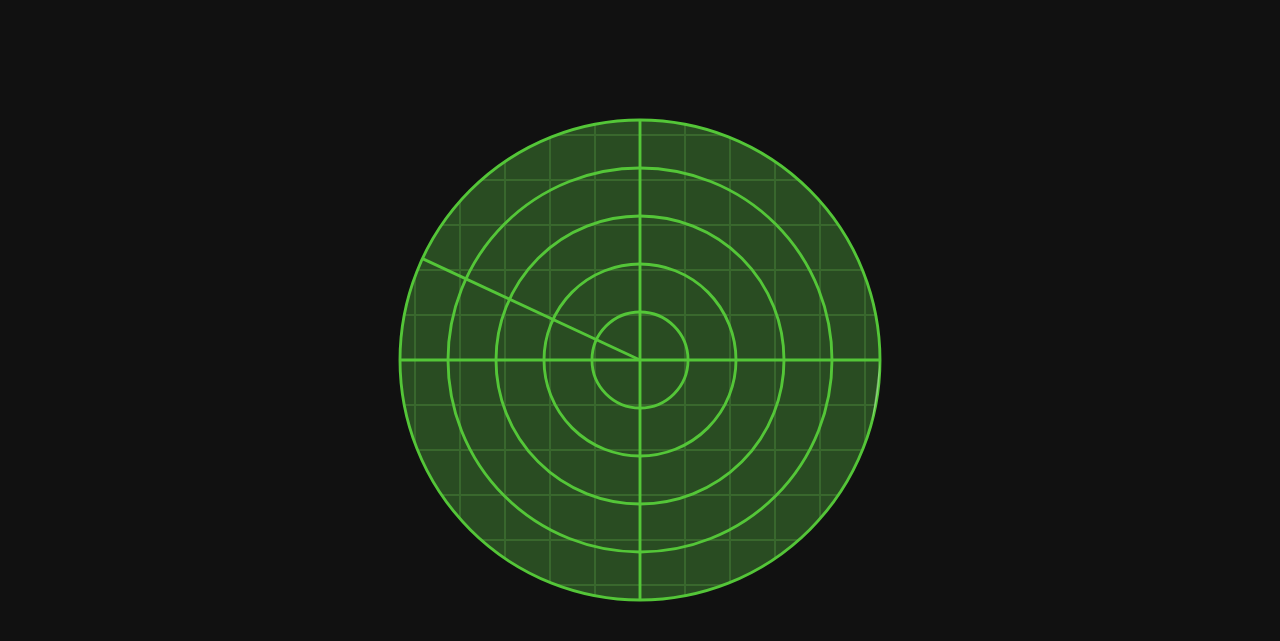
Repository: pedro-mancano/ProjetoCDM204
Page: scripts/radar.html
These files come from the project's save history. The page is drawn as it stood at one moment and after the next save; the edit follows.
The browser window is 1280 px wide. The pictures show the whole page.

Above is the page before, as saved 2024-11-27 09:03:26.

### scripts/radar.html
<html>

<head>
  <title>Radars</title>
  <link rel="stylesheet" type="text/css" href="./radar.css">
</head>

<body>
  <div class="radar">
    <canvas id="radarCanvas" width="400" height="400"></canvas>
  </div>
  <script src="./radar.js"></script>

</html>

### scripts/radar.css
html,
body {
  background-color: #111;
  height: 100%;
  margin: 0;
  width: 100%;
}

.radar {
  height: 100%;
  width: 100%;
  display: flex;
}

#radarCanvas {
  margin: auto;
  position: relative;
}

### scripts/radar.js
const canvas = document.getElementById('radarCanvas');
const ctx = canvas.getContext('2d');
let lastDraw = performance.now();

size = Math.min(window.innerWidth, window.innerHeight);

ctx.canvas.width = size;
ctx.canvas.height = size;

scaleFactor = size / 500;

angle = 5;

function draw(elapsed) {
  ctx.clearRect(0, 0, canvas.width, canvas.height);

  angle += 0.5;

  const height = canvas.height;
  const width = canvas.width;
  const r = canvas.height / 3;
  const R = canvas.height / 2;


  // Draw the radar circle
  ctx.fillStyle = '#294c22';
  ctx.beginPath();
  ctx.arc(R, R, r, 0, 2 * Math.PI);
  ctx.fill();

  //
  ctx.strokeStyle = '#3a682e';
  ctx.lineWidth = scaleFactor;
  for (let i = 0; i < 2 * R; i += R / 8) {
    for (let j = 0; j < 2 * R; j += R / 8) {
      ctx.beginPath();
      ctx.moveTo(i, 0);
      ctx.lineTo(i, 2 * R);
      ctx.stroke();
      ctx.beginPath();
      ctx.moveTo(0, j);
      ctx.lineTo(2 * R, j);
      ctx.stroke();
    }
  }

  // Clear the outside circle
  ctx.globalCompositeOperation = 'destination-in';
  ctx.fillStyle = '#FFFFFF';
  ctx.beginPath();
  ctx.arc(R, R, r, 0, 2 * Math.PI);
  ctx.fill();
  ctx.globalCompositeOperation = 'source-over';


  // Draw grid lines (4 lines, 90 degrees apart)
  ctx.strokeStyle = '#54c638';
  ctx.lineWidth = 2 * scaleFactor;
  for (let i = 0; i < 360; i += 90) {
    ctx.beginPath();
    ctx.moveTo(R, R);
    ctx.lineTo(R + r * Math.cos(i * Math.PI / 180), R + r * Math.sin(i * Math.PI / 180));
    ctx.stroke();
  }

  // Circle outlines 5
  for (let i = 0; i < 6; i++) {
    ctx.beginPath();
    ctx.arc(R, R, r / 5 * i, 0, 2 * Math.PI);
    ctx.stroke();
  }

  // Draw the radar sweep
  ctx.strokeStyle = '#54c638';
  ctx.lineWidth = 2 * scaleFactor;
  ctx.beginPath();
  ctx.moveTo(R, R);
  ctx.lineTo(R + r * Math.cos(-angle * Math.PI / 180), R + r * Math.sin(-angle * Math.PI / 180));
  ctx.stroke();

  // Draw the radar arc sweep (15 deg) low opacity
  ctx.strokeStyle = '#54c638';
  ctx.lineWidth = 2 * scaleFactor;
  ctx.globalAlpha = 0.3;
  ctx.beginPath();
  ctx.arc(R, R, r, 0, 2 * Math.PI * 15 / 360);
  ctx.fill();
  ctx.globalAlpha = 1;
}

function drawLoop() {
  draw(performance.now() - lastDraw);
  lastDraw = performance.now();
  requestAnimationFrame(drawLoop);
}

requestAnimationFrame(drawLoop);

After the next save:
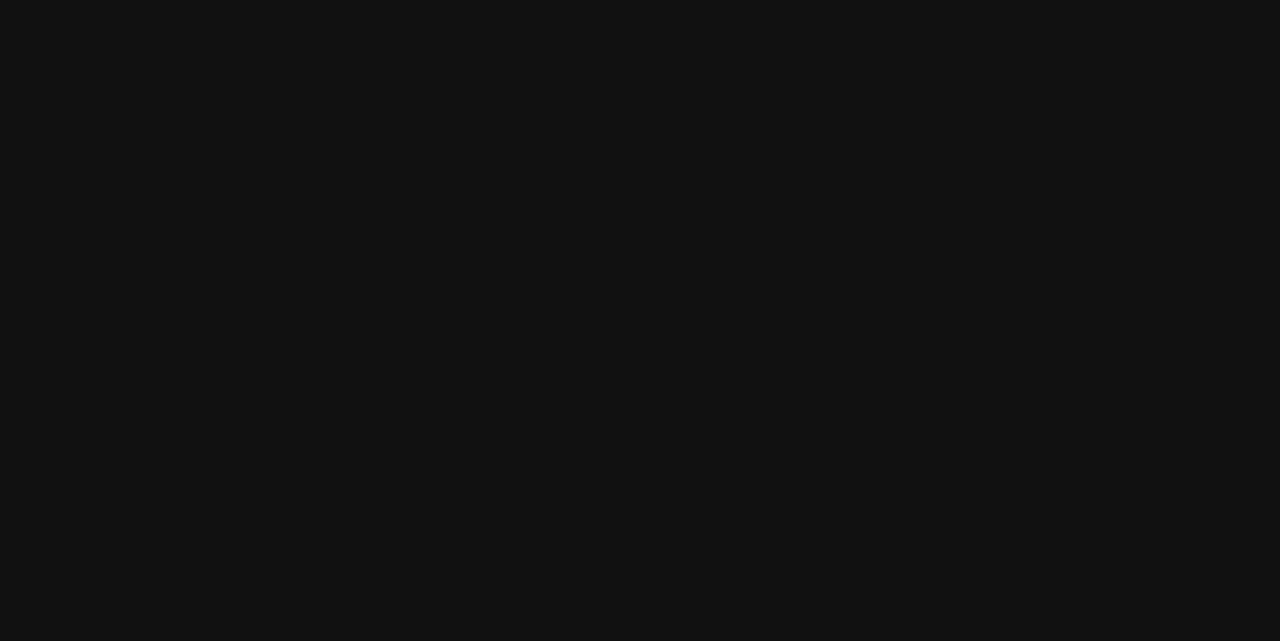
Console error: SyntaxError: missing ) after argument list
Saved 4 s later.
--- a/scripts/radar.js
+++ b/scripts/radar.js
@@ -83,7 +83,7 @@
   ctx.lineWidth = 2 * scaleFactor;
   ctx.globalAlpha = 0.3;
   ctx.beginPath();
-  ctx.arc(R, R, r, 0, 2 * Math.PI * 15 / 360);
+  ctx.arc(R, R, r, 0, 2 * Math.PI 0.1);
   ctx.fill();
   ctx.globalAlpha = 1;
 }

After the save that followed:
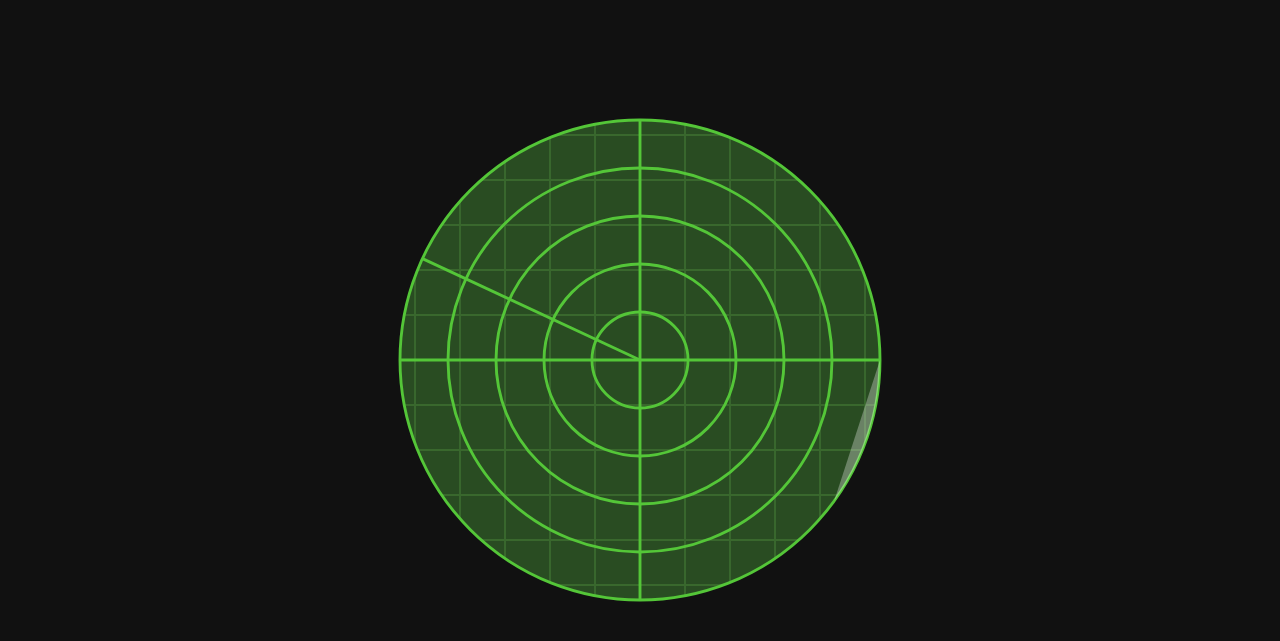
The error is gone.
Saved 4 s later.
--- a/scripts/radar.js
+++ b/scripts/radar.js
@@ -83,7 +83,7 @@
   ctx.lineWidth = 2 * scaleFactor;
   ctx.globalAlpha = 0.3;
   ctx.beginPath();
-  ctx.arc(R, R, r, 0, 2 * Math.PI 0.1);
+  ctx.arc(R, R, r, 0, 2 * Math.PI * 0.1);
   ctx.fill();
   ctx.globalAlpha = 1;
 }
